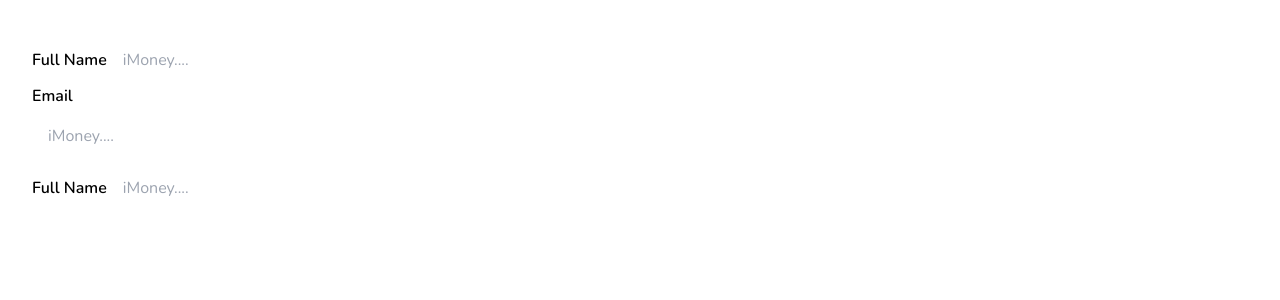
Repository: maixuanhieu/iMoney-VueJS
Page: /register
The author's editor kept a copy of each file at every save. The page is drawn from the files as they stood at one save, then again after the next save.
The browser window is 1280 px wide. The pictures show the whole page.
The project was rebuilt for these pictures with package versions that can differ from the ones it lists, and the page was loaded fresh each time.

Above is the page before, as saved 2021-11-18 11:27:26.

After the next save:
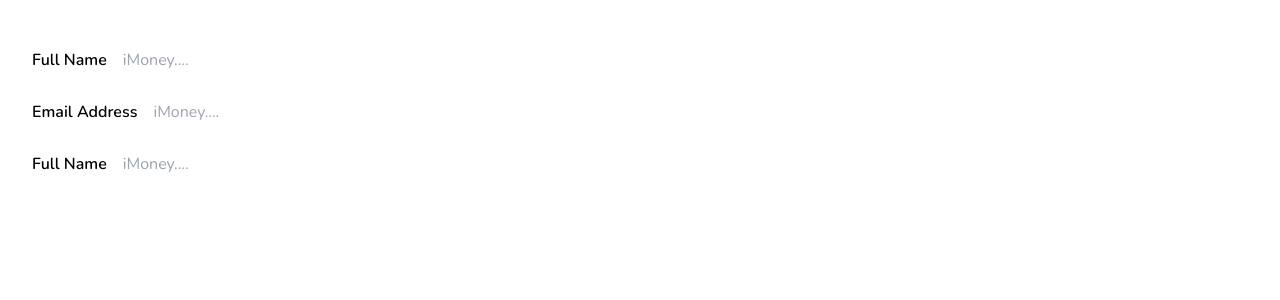
Saved 1 s later.
--- a/src/views/register.vue
+++ b/src/views/register.vue
@@ -15,7 +15,7 @@
 
         <div class="row">
          <label for="fullName">
-           <span class="font-semibold">Email <Address></Address></span>
+           <span class="font-semibold">Email Address</span>
            <input
            id="fullName"
            class="px-4 py-3 rounded-lg border-gray-100 mt-1"
